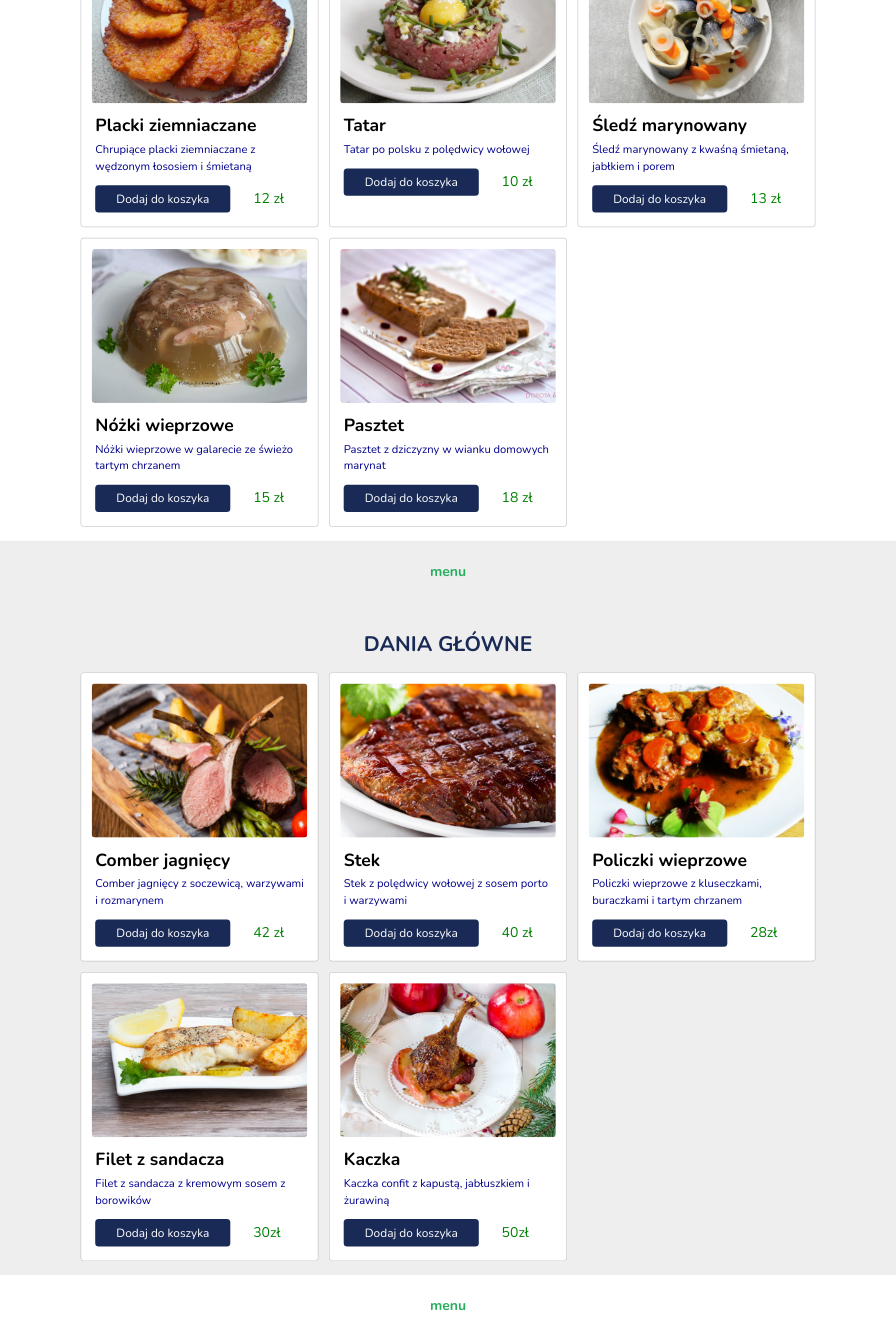
Repository: bartlomiejcichewicz/pasibrzuch
Page: index.html
The author's editor kept a copy of each file at every save. The page is drawn from the files as they stood at one save, then again after the next save.
The browser window is 1280 px wide. The pictures show the part of the page from y = 892 to 2812 px (the page is 4166 px tall), at 70% of full size.

Above is the page before, as saved 2022-02-22 13:35:42.

After the next save:
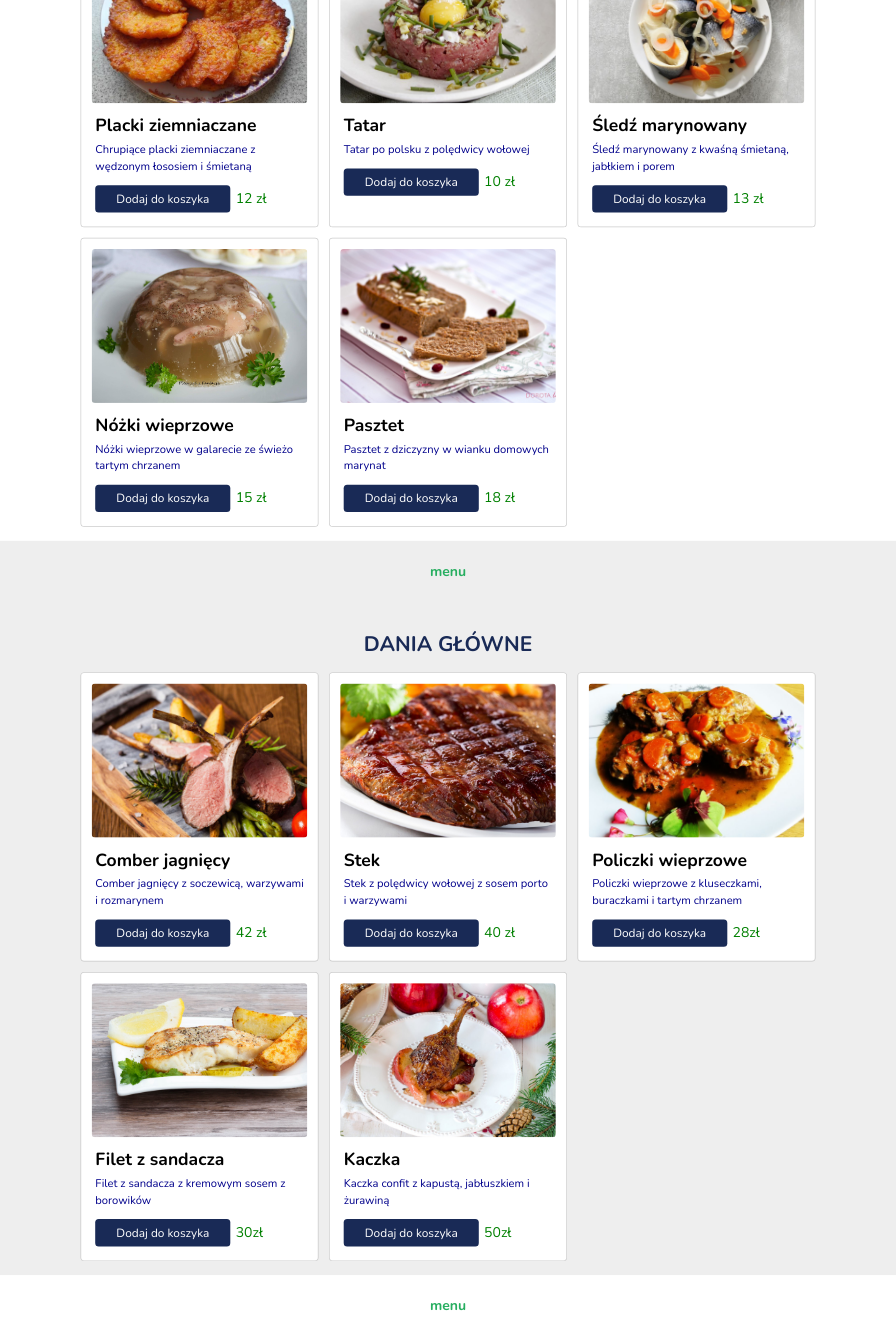
Saved 17 s later.
--- a/css/menu.css
+++ b/css/menu.css
@@ -72,6 +72,6 @@
 
 .menu .box-container .box .content .price{
     color:green;
-    margin-left: 3rem;
+    margin-left: 0.5rem;
     font-size: 2rem;
 }
